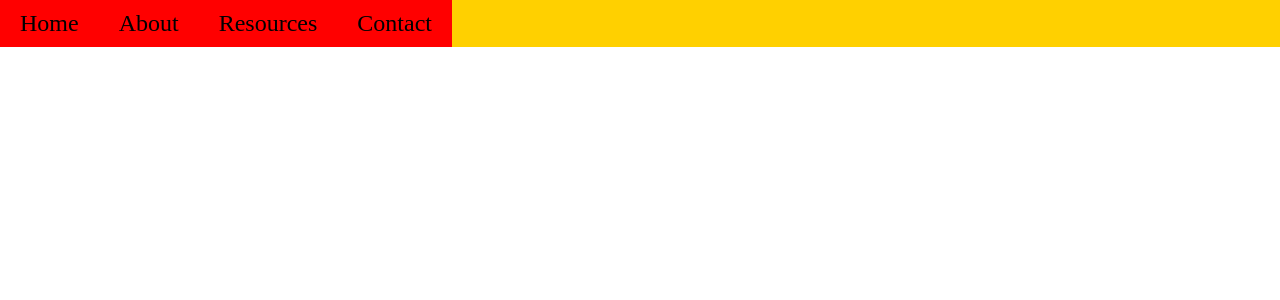
Repository: rdass1/COM421-FinalProject
Page: Website/index.html
The author's editor kept a copy of each file at every save. The page is drawn from the files as they stood at one save, then again after the next save.
The browser window is 1280 px wide. The pictures show the whole page.

Above is the page before, as saved 2021-05-11 22:50:26.

### Website/index.html
<!DOCTYPE html>
<html>
    <head>
        <meta charset="UTF-8">
        <meta name="description" content="Take It To the Streets is a non-profit organization that helps people find information on how to fight their tickets. ">
        <meta name="author" content="Group 2">
        <meta name="viewport" content="width=device-width, initial-scale=1.0">
        <link rel="stylesheet" type="text/css" href="css/index.css">
        <title>Take It To The Streets</title>
    </head>
    <body>
        <header>
            <div id = "navbar">
                <nav>
                    <ul>
                        <li>Home</li>
                        <li>About</li>
                        <li>Resources</li>
                        <li>Contact</li>
                    </ul>

                </nav>
            </div>
        </header>

    </body>
</html>

### Website/css/index.css
body{
    margin:0px;
}

header{
    background-color: rgb(255, 208, 0);
    width: 100%;
    height: 6%;
    display: flex;
    justify-content: flex-start;
    margin: 0px;
    padding: 0px;

}

#navbar nav{



}

#navbar ul{
    margin: 0px;
    padding: 0px;
    overflow: hidden;
    list-style: none;
}

#navbar li{
    margin: 0px;
    padding: 10px 20px 10px 20px;
    font-size: 1.5rem;
    background-color:red;
    float:left;

}

After the next save:
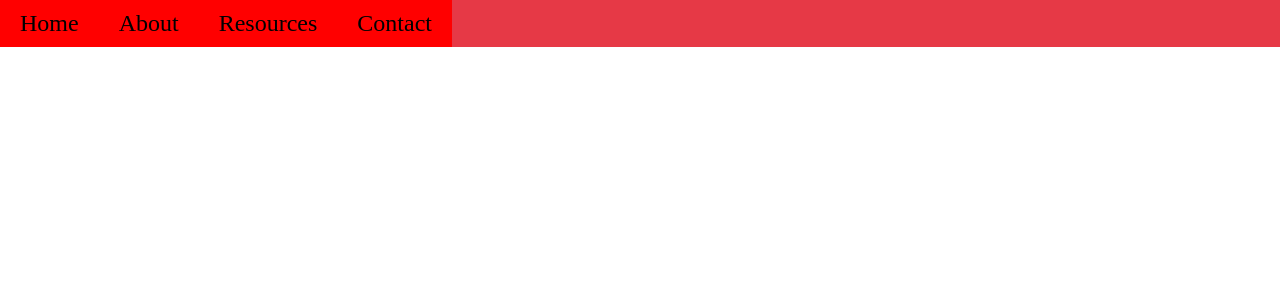
Saved 69 s later.
--- a/Website/css/index.css
+++ b/Website/css/index.css
@@ -3,7 +3,7 @@ body{
 }
 
 header{
-    background-color: rgb(255, 208, 0);
+    background-color: #e63946;
     width: 100%;
     height: 6%;
     display: flex;
